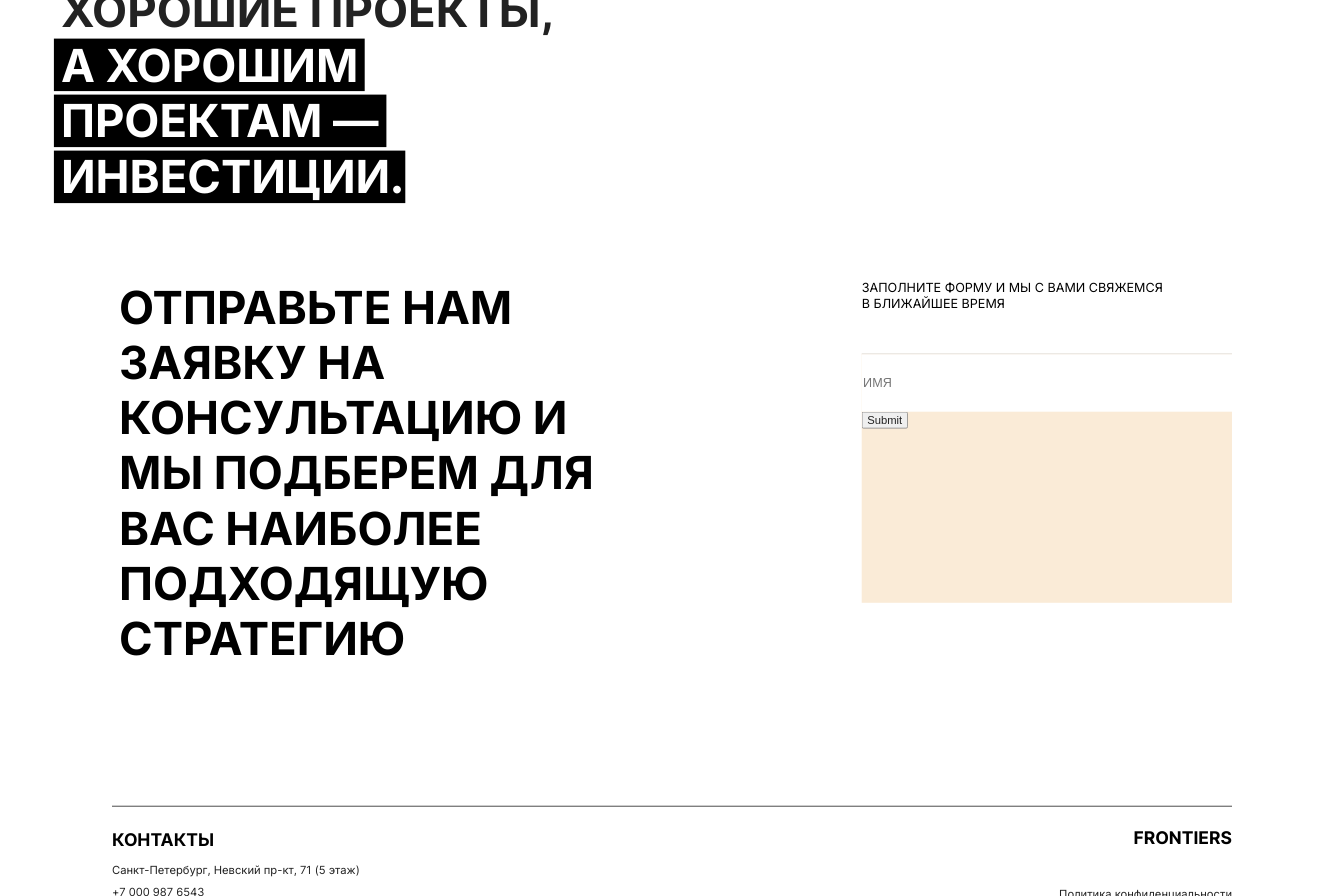
Repository: NadyaKorvin/frontiers
Page: /
An editor plug-in stored every save of this project. The page is shown before and after a run of saves, followed by the edit.
The browser window is 1280 px wide. The page is 1920 px wide, so the pictures cover 1920 px, including what lies to the right of the window. The pictures show the part of the page from y = 1263 to 2543 px (the page is 2665 px tall), at 70% of full size.
The project was rebuilt for these pictures with package versions that can differ from the ones it lists, and the page was loaded fresh each time.

Above is the page before, as saved 2022-05-23 17:47:07.

After the next 2 saves:
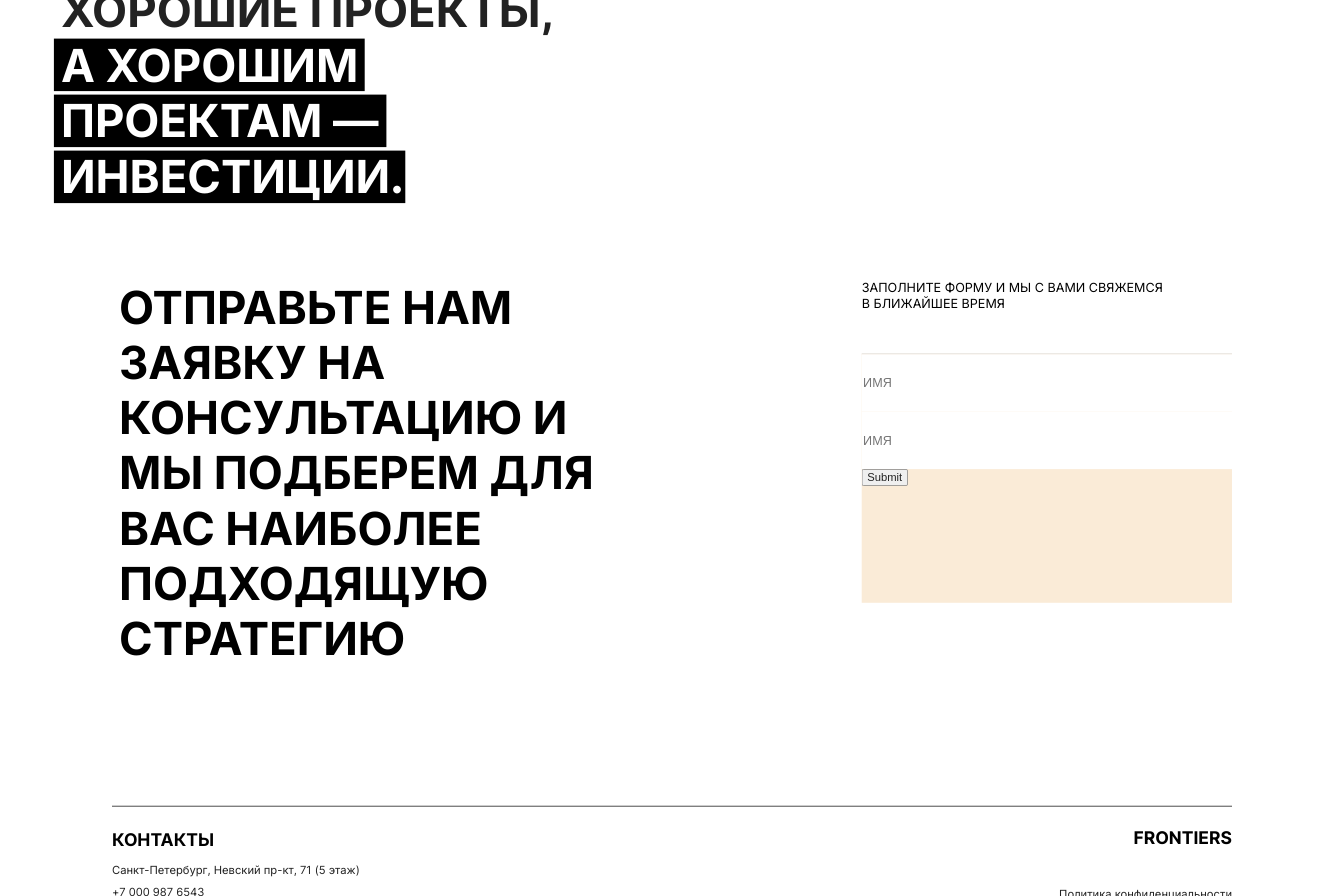
The 2 saves are shown as one change because 1 did not build or start.
The last was saved 13 s later.
--- a/src/components/lastScreen/Form.js
+++ b/src/components/lastScreen/Form.js
@@ -40,8 +40,24 @@ export default function Form() {
             className={style.input}
             placeholder="Имя"
           />
-      <div className={style.borders}></div>
-
+      <div className={style.borders} />
+      <input
+            name="name"
+            {...register("name", {
+              required: "Это поле обязательно",
+              minLength: {
+                value: 2,
+                message: "Минимум 2 символа",
+              },
+              maxLength: {
+                value: 50,
+                message: "Максимум 50 символов",
+              },
+            })}
+            id="name"
+            className={style.input}
+            placeholder="Имя"
+          />
       <input type="submit" />
     </form>
   );
